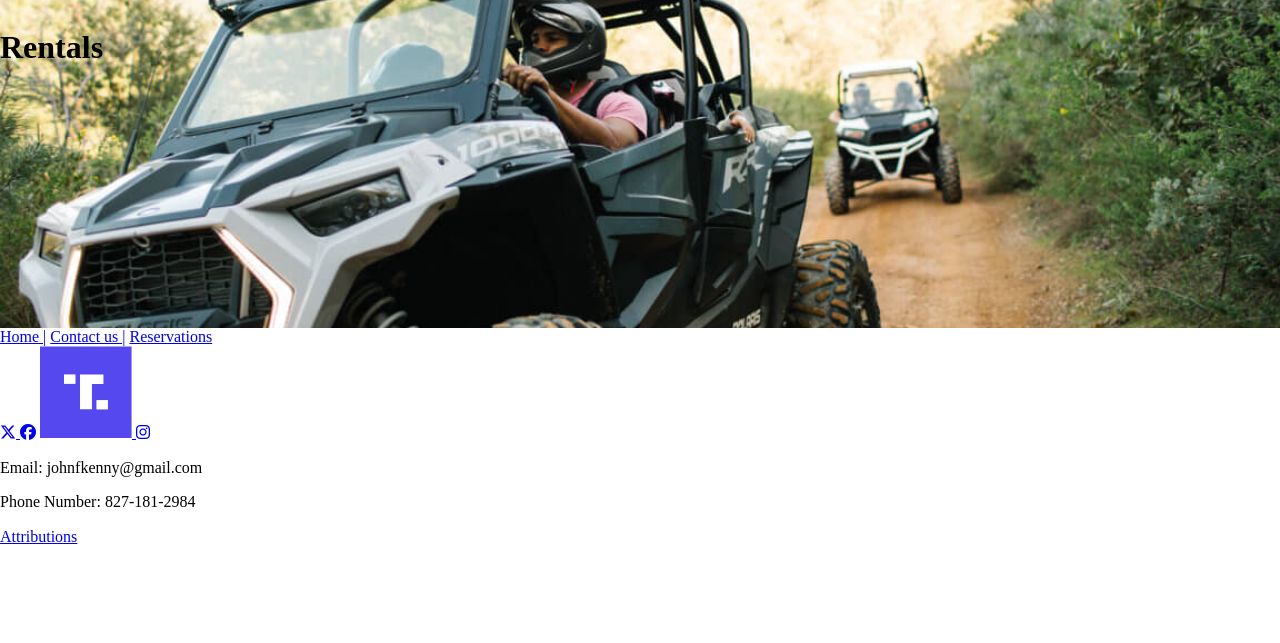
Repository: nak97/WDD230
Page: scoots/rentals-page/rentals-page.html
An editor plug-in stored every save of this project. The page is shown before and after the next save, followed by the edit.
The browser window is 1280 px wide. The pictures show the whole page.
Some web libraries are served in a nearby version.

Above is the page before, as saved 2023-12-10 17:57:44.

After the next save:
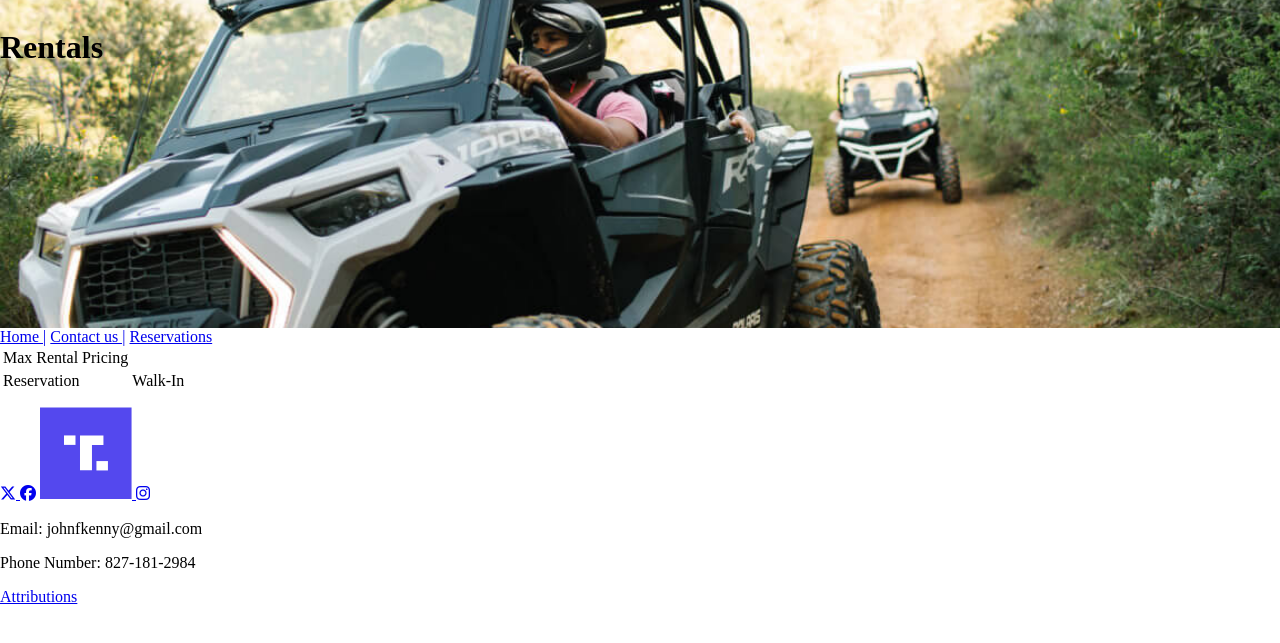
Saved 4 min 13 s later.
--- a/scoots/rentals-page/rentals-page.html
+++ b/scoots/rentals-page/rentals-page.html
@@ -27,6 +27,33 @@
   </nav>
 
   <main>
+    <table>
+      <tbody>
+        <tr> <td>  Max Rental Pricing</td></tr>
+        <tr>
+          <td> Reservation</td>
+          <td>  Walk-In </td>
+      </tr>
+        <tr></tr>
+        <tr></tr>
+        <tr></tr>
+        <tr></tr>
+        <tr></tr>
+        <tr></tr>
+        <tr></tr>
+
+
+
+
+
+
+      </tbody>
+
+
+
+
+
+    </table>
 
 
 
